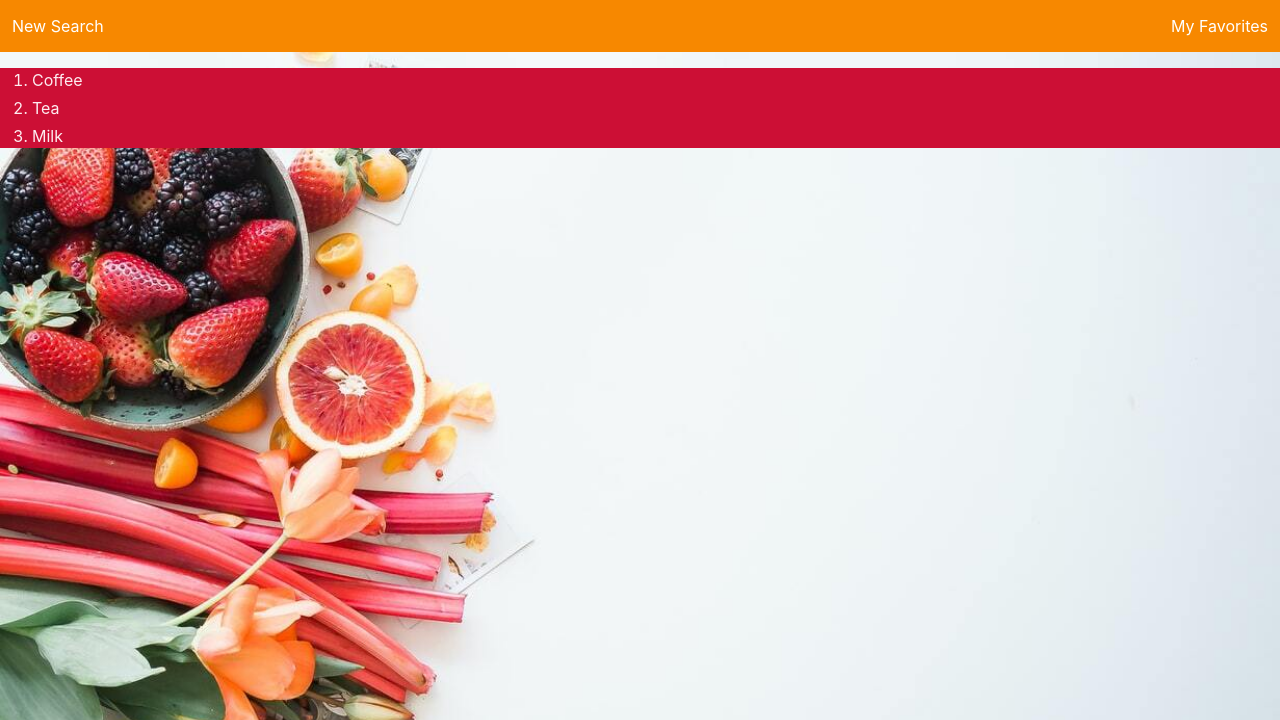
Repository: puakehaulani/the-hungry-app-proj1
Page: assets/style/Results.html
The author's editor kept a copy of each file at every save. The page is drawn from the files as they stood at one save, then again after the next save.
The browser window is 1280 px wide. The pictures show the whole page.

Above is the page before, as saved 2020-10-15 19:42:53.

### assets/style/Results.html
<!DOCTYPE html>
<html lang="en">

<head>
    <meta charset="UTF-8">
    <meta name="viewport" content="width=device-width, initial-scale=1.0">
    <title>Hungry app</title>
    <link rel="stylesheet" href="https://cdn.jsdelivr.net/npm/bulma@0.9.1/css/bulma.min.css">
    <link rel="stylesheet" href="./style.css">
    <meta name="viewport" content="width=device-width, initial-scale=1">
</head>

<body>
  <nav class="navbar" role="navigation" aria-label="main navigation">
    <div class="navbar-menu">
        <div class="navbar-item">
            <a href="index.html">New Search</a>
        </div>
    </div>

    <div class="navbar-end">
        <div class="navbar-item">
            <a href="favorites.html">My Favorites </a>
        </div>

    </div>
</nav>
      <body>


        <div class="content has-text-danger-light has-background-danger-dark ">
          <ul id="display">
          </ul>

          <ol type="1">
            <li>Coffee</li>
            <li>Tea</li>
            <li>Milk</li>
          </ol>

        </div>
</body>

</html>

### assets/style/style.css

html{
    background-image: url(images/foodOnSIde.jpg);
    background-size: cover;
    background-repeat: no-repeat;
}

.navbar{
    background-color: #F78800;
}

.navbar-item{
    color: white;
}

.navbar-item a{
    color: white;
}

.button{
    background-color: #f78800;
    color: white;
}

#ingredientSearch{
    display: inline-block;
}

th{
    background-color: #f78800;
    color: white !important;
}

/* Elements that only exist on results html*/

#favRecipes{
    min-height: 300px;
    color: black;
    background-color: white;
    border-style: solid;
    border-width: 2px;
    border-radius: 15px;
    border-color: #F78800;
}

#favRecipes h1{
    background-color: #F78800;
    font-size: 2rem;
    color: white;
    border-radius: 10px;
}

#favJokes{
    min-height: 300px;
    color: black;
    background-color: white;
    border-style: solid;
    border-width: 2px;
    border-radius: 15px;
    border-color: #F78800;
}

#favJokes h1{
    background-color: #F78800;
    font-size: 2rem;
    color: white;
    border-radius: 10px;
}

After the next save:
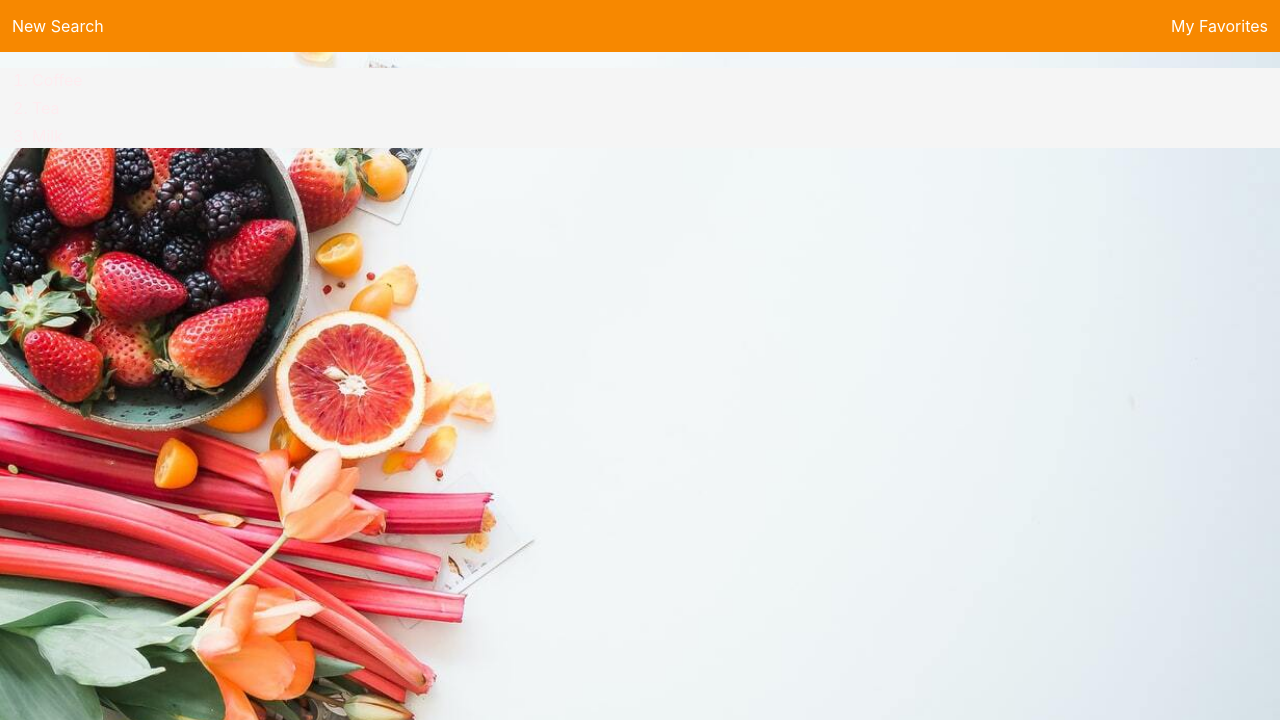
Saved 66 s later.
--- a/assets/style/Results.html
+++ b/assets/style/Results.html
@@ -28,7 +28,7 @@
       <body>
 
 
-        <div class="content has-text-danger-light has-background-danger-dark ">
+        <div class="content has-text-danger-light has-background-white-ter ">
           <ul id="display">
           </ul>
 

After the save that followed:
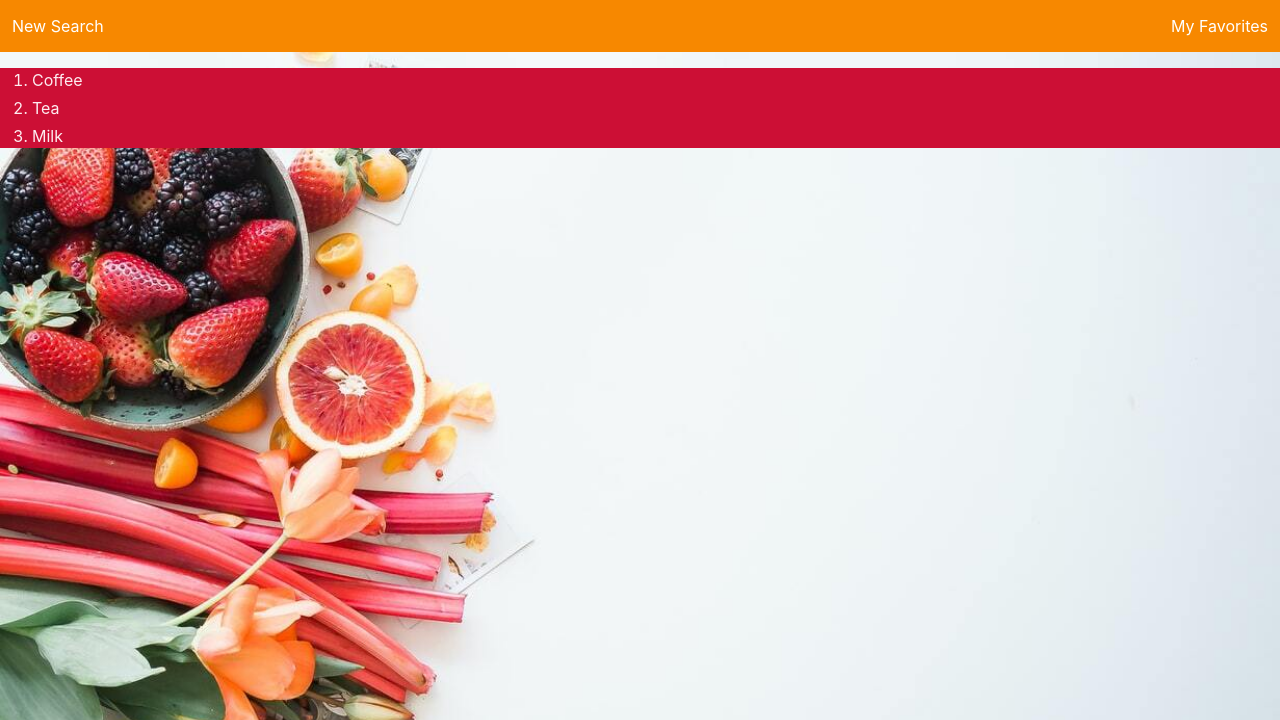
Saved 18 s later.
--- a/assets/style/Results.html
+++ b/assets/style/Results.html
@@ -28,7 +28,7 @@
       <body>
 
 
-        <div class="content has-text-danger-light has-background-white-ter ">
+        <div class="content has-text-danger-light has-background-danger-dark ">
           <ul id="display">
           </ul>
 
